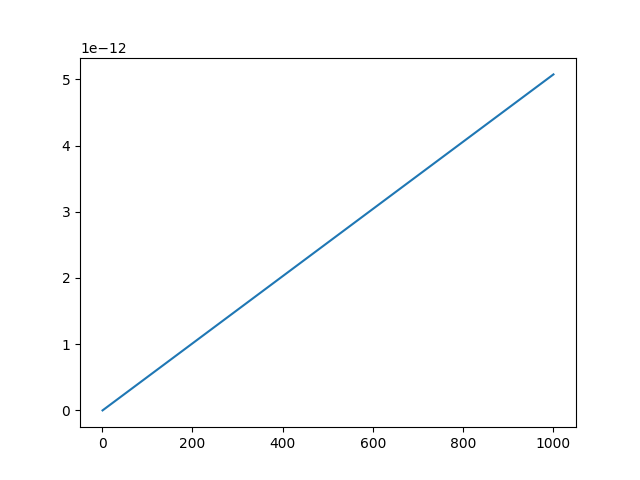
Repository: MichaelCullen2011/QuantumAndNeutrinos
Script's output: python neutrinos.py
These files come from the project's save history. The script's output is drawn as it stood at one moment and after the next save; the edit follows.
Random numbers start from a fixed seed.

Above is the script's output before, as saved 2021-06-02 10:26:10.

### neutrinos.py
import numpy as np
import matplotlib.pyplot as plt


'''
To Do       -   Add graphing for a range of energies for each neutrino cs reaction
'''


'''
Variables and Constants
'''
# Variables
delta_m_sq = 'Mass difference squared between two flavour states'
delta_m_e_mu_sq = 7.53e-5      # eV**2
delta_m_tau_mu_sq = 2.44e-3    # eV**2  # can be +ve or -ve
delta_m_tau_e_sq = 2.44e-3     # eV**2  # can be +ve or -ve
delta_m_mu_e_sq = delta_m_e_mu_sq      # eV**2
delta_m_mu_tau_sq = delta_m_tau_mu_sq    # can be +ve or -ve
delta_m_e_tau_sq = delta_m_tau_e_sq     # eV**2

sin_sq_theta_e_tau = 0.093
sin_sq_theta_e_mu = 0.846
sin_sq_theta_mu_tau = 0.92      # actually > 0.92 but it varies on atmospheric values
sin_sq_theta_mu_e = sin_sq_theta_e_mu
sin_sq_theta_tau_e = sin_sq_theta_e_tau
sin_sq_theta_tau_mu = sin_sq_theta_mu_tau


m_out = 10       # reactant mass out (electrons, muons etc)
m_in = 1000        # reactant mass in (electrons, muons etc)
E_v = 100     # Neutrino energy
L = 10       # distance oscillating (for oscillation)
E = E_v     # Neutrino beam energy
d = 10       # distance travelled (for decoherence)

G_f = 1.1663787e-5         # GeV-2
sin_sq_theta_w = 0.22290        # Weinberg angle
m_e = 0.511 * 1e-3     # GeV c-2
m_u = 105 * 1e-3       # GeV c-2
sigma_naught = 1.72e-45         # m**2 / GeV


mom_v = 0
# mom_e = m_e + v_e
# mom_u = m_u + v_u
mom_e = np.sqrt((sigma_naught * np.pi) / G_f**2)
mom_u = mom_e * (m_u / m_e)      # assume similar velocities

kinematic_e = (mom_v + mom_e)**2
kinematic_u = (mom_v + mom_u)**2

kinematic_e = m_e**2 + 2*m_e*E_v
kinematic_u = m_u**2 + 2*m_u*E_v

sigma_naught_e = (G_f**2 * kinematic_e) / np.pi
sigma_naught_u = (G_f**2 * kinematic_u) / np.pi


'''
Oscillation Probabilities   -   p_oscill = (np.sin(2 * theta))**2 * (np.sin((delta_m_sq * L) / (4 * E)))**2
'''


class Oscillations:
    def __init__(self, distance):
        p_e_mu_list = []
        p_e_tau_list = []
        p_e_e_list = []

        p_mu_e_list = []
        p_mu_tau_list = []
        p_mu_mu_list = []

        p_tau_e_list = []
        p_tau_mu_list = []
        p_tau_tau_list = []

        max = 1000      # Number of points
        E = 4      # GeV
        L = distance    # Km
        x_range = np.linspace(0, L / E, max)
        theta_range = np.linspace(0, 2 * np.pi, max)
        n = 0
        for x in x_range:
            n += 1
            print("Calculated Probability {} of {}".format(n, max))
            p_e_mu_list.append(Oscillations.prob(self, flavours='e_mu', x=x))
            p_e_tau_list.append(Oscillations.prob(self, flavours='e_tau', x=x))
            p_e_e_list.append(
                (1 - (Oscillations.prob(self, flavours='e_mu', x=x)) * (1 - Oscillations.prob(self, flavours='e_tau', x=x))))

            p_mu_e_list.append(Oscillations.prob(self, flavours='mu_e', x=x))
            p_mu_tau_list.append(Oscillations.prob(self, flavours='mu_tau', x=x))
            p_mu_mu_list.append(
                (1 - Oscillations.prob(self, flavours='mu_e', x=x)) * (1 - Oscillations.prob(self, flavours='mu_tau', x=x)))

            p_tau_e_list.append(Oscillations.prob(self, flavours='tau_e', x=x))
            p_tau_mu_list.append(Oscillations.prob(self, flavours='tau_mu', x=x))
            p_tau_tau_list.append(
                (1 - (Oscillations.prob(self, flavours='tau_e', x=x)) * (1 - Oscillations.prob(self, flavours='tau_mu', x=x))))

        prob_e = [p_e_e_list, p_e_mu_list, p_e_tau_list]
        prob_mu = [p_mu_mu_list, p_mu_e_list, p_mu_tau_list]
        prob_tau = [p_tau_tau_list, p_tau_e_list, p_tau_mu_list]

        prob_neut = [prob_e, prob_mu, prob_tau]

        fig, axs = plt.subplots(3)
        fig.suptitle('Neutrino Oscillations')
        n = 0
        for initial in prob_neut:
            if n == 0:
                for p in initial:
                    axs[n].plot(x_range, p)
                    axs[n].legend(['e to e', 'e to mu', 'e to tau'], loc=1)
            if n == 1:
                for p in initial:
                    axs[n].plot(x_range, p)
                    axs[n].legend(['mu to mu', 'mu to e', 'mu to tau'], loc=1)
            if n == 2:
                for p in initial:
                    axs[n].plot(x_range, p)
                    axs[n].legend(['tau to tau', 'tau to e', 'tau to mu'], loc=1)
            n += 1

    def prob(self, flavours, x):
        if flavours == 'e_mu':
            prob = sin_sq_theta_e_mu * np.square(np.sin(1.27 * delta_m_e_mu_sq * x / 4))
        elif flavours == 'e_tau':
            prob = sin_sq_theta_e_tau * np.square(np.sin(1.27 * delta_m_e_tau_sq * x / 4))
        elif flavours == 'mu_e':
            prob = sin_sq_theta_e_mu * np.square(np.sin(1.27 * delta_m_mu_e_sq * x / 4))
        elif flavours == 'mu_tau':
            prob = sin_sq_theta_mu_tau * np.square(np.sin(1.27 * delta_m_mu_tau_sq * x / 4))
        elif flavours == 'tau_e':
            prob = sin_sq_theta_tau_e * np.square(np.sin(1.27 * delta_m_tau_e_sq * x / 4))
        elif flavours == 'tau_mu':
            prob = sin_sq_theta_tau_mu * np.square(np.sin(1.27 * delta_m_tau_mu_sq * x / 4))
        return prob


'''
Cross Sections
'''


class CrossSections:
    def __init__(self, energy, lepton):
        E_v = energy
        sigma_naught = 1.72e-45

        s_e = sigma_naught * np.pi / G_f**2
        s_u = s_e * (m_u / m_e)

        sigma_naught_e = (2 * m_e * G_f**2 * E_v) / np.pi
        sigma_naught_u = (2 * m_u * G_f**2 * E_v) / np.pi

        print("HERE ", sigma_naught_e, sigma_naught_u)
        if lepton == 'e':
            sigma_naught = sigma_naught_e
            self.cs_without_ms = {'e_e': [], 'E_E': [], 'E_U': [], 'u_e': [], 'u_u': [], 'U_U': []}
            self.cs_with_ms = {'e_e': [], 'E_E': [], 'E_U': [], 'u_e': [], 'u_u': [], 'U_U': []}

        elif lepton == 'u':
            sigma_naught = sigma_naught_u
            self.cs_without_ms = {'e_e': [], 'E_E': [], 'U_E': [], 'e_u': [], 'u_u': [], 'U_U': []}
            self.cs_with_ms = {'e_e': [], 'E_E': [], 'U_E': [], 'e_u': [], 'u_u': [], 'U_U': []}

        for flavour in self.cs_without_ms.keys():
            cs = CrossSections.neutrino_and_electron(self, flavour=flavour) * energy * sigma_naught
            self.cs_without_ms[flavour].append(cs)
            self.cs_with_ms[flavour].append(
                cs * energy * sigma_naught *
                CrossSections.mass_suppression(
                    self, flavour, energy=energy, reaction_lepton=lepton
                )
            )
        print("CS without mass suppression, \n", self.cs_without_ms)
        print("CS with mass suppression, \n", self.cs_with_ms)

    def neutrino_and_electron(self, flavour):
        if flavour == 'e_e':
            cs = 0.25 + sin_sq_theta_w + (4 / 3) * np.square(sin_sq_theta_w)
        elif flavour == 'E_E':
            cs = (1 / 12) + 1 / 3 * (sin_sq_theta_w + 4 / 3 * np.square(sin_sq_theta_w))
        elif flavour == 'E_U' or flavour == 'U_E':
            cs = 1 / 3
        elif flavour == 'u_e' or flavour == 'e_u':
            cs = 1
        elif flavour == 'u_u':
            cs = 1 / 4 - sin_sq_theta_w + 4 / 3 * np.square(sin_sq_theta_w)
        elif flavour == 'U_U':
            cs = 1 / 12 - 1 / 3 * sin_sq_theta_w + 4 / 3 * np.square(sin_sq_theta_w)
        return cs

    def mass_suppression(self, flavour, energy, reaction_lepton='e'):
        m_E = m_e
        m_U = m_u
        if reaction_lepton == 'e':
            m_in = m_e
        elif reaction_lepton == 'u':
            m_in = m_u

        if flavour == 'e_e':
            zeta = 1 - ((m_e ** 2) / (m_in ** 2 + 2 * m_in * energy))
        elif flavour == 'E_E':
            zeta = 1 - ((m_e ** 2) / (m_in ** 2 + 2 * m_in * energy))
        elif flavour == 'E_U':
            zeta = 1 - ((m_u ** 2) / (m_in ** 2 + 2 * m_in * energy))
        elif flavour == 'u_e':
            zeta = 1 - ((m_u ** 2) / (m_in ** 2 + 2 * m_in * energy))
        elif flavour == 'u_u':
            zeta = 1 - ((m_e ** 2) / (m_in ** 2 + 2 * m_in * energy))
        elif flavour == 'U_U':
            zeta = 1 - ((m_e ** 2) / (m_in ** 2 + 2 * m_in * energy))
        # neutrino-muon specific reactions
        elif flavour == 'U_E':
            zeta = 1 - ((m_e ** 2) / (m_in ** 2 + 2 * m_in * energy))
        elif flavour == 'e_u':
            zeta = 1 - ((m_e ** 2) / (m_in ** 2 + 2 * m_in * energy))
        return zeta




def combine_cs(e_class, u_class):
    all_cs = {'e_e': [], 'e_u': [], 'u_u': [], 'u_e': [], 'E_E': [], 'E_U': [], 'U_U': [], 'U_E': []}

    for all_reaction in all_cs.keys():
        for e_reaction, e_value in e_class.cs_without_ms.items():
            if e_reaction == all_reaction:
                all_cs[all_reaction].append(e_value[0])
        for u_reaction, u_value in u_class.cs_without_ms.items():
            if u_reaction == all_reaction:
                all_cs[all_reaction].append(u_value[0])

    for all_reaction, all_values in all_cs.items():
        if len(all_values) > 1:
            all_cs[all_reaction] = [(all_values[0] + all_values[1]) / 2]

    return all_cs

    print("COMBINED CS: \n", all_cs)


def gate_cs(all_cs):
    # creates our final dict with the probabilities for all gate interactions
    single_reactions = ['e_e', 'e_u', 'u_u', 'u_e']
    single_reactions_anti = ['E_E', 'E_U', 'U_U', 'U_E']
    whole_reaction = []
    for first_reaction in single_reactions:
        for second_reaction in single_reactions:
            whole_reaction.append(first_reaction[0] + second_reaction[0] + '_' + first_reaction[2] + second_reaction[2])
    for first_reaction in single_reactions_anti:
        for second_reaction in single_reactions_anti:
            whole_reaction.append(first_reaction[0] + second_reaction[0] + '_' + first_reaction[2] + second_reaction[2])
    gate_reactions = {whole_keys: [] for whole_keys in whole_reaction}


    # reaction 1 is reaction_combined[0] + '_' + reaction_combined[3]
    # reaction 2 in reaction_combined[1] + '_' + reaction_combined[4]
    for reaction_combined in gate_reactions.keys():
        first_reaction = reaction_combined[0] + '_' + reaction_combined[3]
        second_reaction = reaction_combined[1] + '_' + reaction_combined[4]
        gate_reactions[reaction_combined] = [all_cs[first_reaction][0] * all_cs[second_reaction][0]]

    for key, value in gate_reactions.items():
        print(f"{key}: {value}")
    return gate_reactions


def plot_energies(energy_reactions):

    plt.plot(energy_reactions.keys(), energy_reactions.values(), '-')
    return energy_reactions

'''
Wave Functions (for plotting)
'''


class WaveFunctions:
    def __init__(self, accuracy):
        phi = np.linspace(0, np.pi, accuracy)
        theta = np.linspace(0, 2 * np.pi, 20)
        prob_at_detector = {'e_e': [], 'e_mu': [], 'e_tau': [],
                            'mu_mu': [], 'mu_e': [], 'mu_tau': [],
                            'tau_tau': [], 'tau_e': [], 'tau_mu': []}
        flavour_list = ['e_e', 'e_mu', 'e_tau', 'mu_mu', 'mu_e', 'mu_tau', 'tau_tau', 'tau_e', 'tau_mu']
        detector_1 = {'e_e': [], 'e_mu': [], 'e_tau': [],
                      'mu_mu': [], 'mu_e': [], 'mu_tau': [],
                      'tau_tau': [], 'tau_e': [], 'tau_mu': []}
        detector_2 = {'e_e': [], 'e_mu': [], 'e_tau': [],
                      'mu_mu': [], 'mu_e': [], 'mu_tau': [],
                      'tau_tau': [], 'tau_e': [], 'tau_mu': []}

        for flavour_change in flavour_list:
            for phi_value in phi:
                prob_at_detector[flavour_change].append(WaveFunctions.prob(self, flavour=flavour_change, phi=phi_value))

            for tuple in prob_at_detector[flavour_change]:
                detector_1[flavour_change].append(tuple[0])
                detector_2[flavour_change].append(tuple[0])

        fig1 = plt.figure()
        fig2 = plt.figure()
        ax1 = fig1.add_subplot(111)
        ax2 = fig2.add_subplot(111)
        ax1.title.set_text('Detector 1 Probabilities')
        ax2.title.set_text('Detector 2 Probabilities')

        ax1.set_xticks(ticks=np.linspace(start=0, stop=2 * np.pi, num=int(accuracy)))
        ax1.set_yticks(ticks=np.linspace(0, 1, num=5))
        ax2.set_xticks(ticks=np.linspace(start=0, stop=2 * np.pi, num=int(accuracy)))
        ax2.set_yticks(ticks=np.linspace(0, 1, num=5))


        for prob_list in detector_1.values():
            #print(prob_list)
            ax1.plot(phi, prob_list, '--', linewidth=1)

        for prob_list in detector_2.values():
            #print(prob_list)
            ax2.plot(phi, prob_list, '--', linewidth=1)

        ax1.legend(flavour_list, loc=1)
        ax2.legend(flavour_list, loc=1)

    def prob(self, flavour, phi):
        order_tau_d_same = 1
        order_tau_d_change = 1 / 3
        if flavour == 'e_e':
            prob_f1 = 1
            prob_f2 = 0
        elif flavour == 'e_mu':
            prob_f1 = 1 - (np.sqrt(sin_sq_theta_e_tau) / 2) * (1 - order_tau_d_change * np.cos(phi))
            prob_f2 = (np.sqrt(sin_sq_theta_e_tau) / 2) * (1 - order_tau_d_change * np.cos(phi))
        elif flavour == 'e_tau':
            prob_f1 = 1 - (np.sqrt(sin_sq_theta_e_tau) / 2) * (1 - order_tau_d_change * np.cos(phi))
            prob_f2 = (np.sqrt(sin_sq_theta_e_tau) / 2) * (1 - order_tau_d_change * np.cos(phi))
        if flavour == 'mu_mu':
            prob_f1 = 1
            prob_f2 = 0
        elif flavour == 'mu_e':
            prob_f1 = 1 - (np.sqrt(sin_sq_theta_e_mu) / 2) * (1 - order_tau_d_change * np.cos(phi))
            prob_f2 = (np.sqrt(sin_sq_theta_e_mu) / 2) * (1 - order_tau_d_change * np.cos(phi))
        elif flavour == 'mu_tau':
            prob_f1 = 1 - (np.sqrt(sin_sq_theta_mu_tau) / 2) * (1 - order_tau_d_change * np.cos(phi))
            prob_f2 = (np.sqrt(sin_sq_theta_mu_tau) / 2) * (1 - order_tau_d_change * np.cos(phi))
        if flavour == 'tau_tau':
            prob_f1 = 1
            prob_f2 = 0
        elif flavour == 'tau_e':
            prob_f1 = 1 - (np.sqrt(sin_sq_theta_tau_e) / 2) * (1 - order_tau_d_change * np.cos(phi))
            prob_f2 = (np.sqrt(sin_sq_theta_tau_e) / 2) * (1 - order_tau_d_change * np.cos(phi))
        elif flavour == 'tau_mu':
            prob_f1 = 1 - (np.sqrt(sin_sq_theta_tau_mu) / 2) * (1 - order_tau_d_change * np.cos(phi))
            prob_f2 = (np.sqrt(sin_sq_theta_tau_mu) / 2) * (1 - order_tau_d_change * np.cos(phi))
        return prob_f1, prob_f2


'''
Running
'''
# Oscillations(distance=1e6)    # Prints oscillation probabilities for flavours given the distance it travels

# WaveFunctions(accuracy=20)      # Currently Broken. Doesnt plot correctly # Accuracy is the number of points within the range

energy_list = np.linspace(1, 1000, 2)       # in GeV
energy_reactions = {keys: [] for keys in energy_list}
gate_energy_reactions = None
for energy in energy_list:
    leptons = {'e': [], 'u': []}
    for lepton in leptons.keys():
        print(f'\n Cross Sections for Reactions with {lepton} at {energy} GeV:')
        leptons[lepton] = CrossSections(energy=energy, lepton=lepton)    # Energy in GeV

    all_cs = combine_cs(leptons['e'], leptons['u'])
    gate_reactions = gate_cs(all_cs)
    if gate_energy_reactions is None:
        gate_energy_reactions = gate_reactions
    else:
        for flavour, value in gate_reactions.items():
            gate_energy_reactions[flavour].append(value)
    print(gate_energy_reactions)
    all_values = [values for values in gate_reactions.values()]
    print(f"Average Prob for {energy} GeV: ", np.average(all_values))
    energy_reactions[energy] = np.average(all_values)

plt.plot(energy_list, energy_reactions.values(), '-')
plt.show()

After the next save:
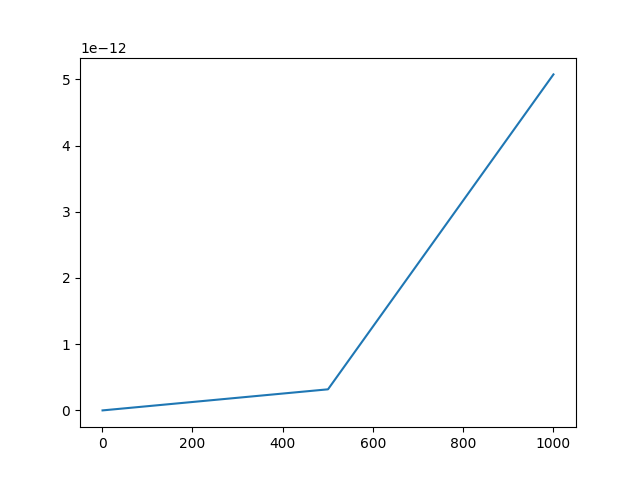
Saved 14 s later.
--- a/neutrinos.py
+++ b/neutrinos.py
@@ -367,7 +367,7 @@ Running
 
 # WaveFunctions(accuracy=20)      # Currently Broken. Doesnt plot correctly # Accuracy is the number of points within the range
 
-energy_list = np.linspace(1, 1000, 2)       # in GeV
+energy_list = np.linspace(1, 1000, 3)       # in GeV
 energy_reactions = {keys: [] for keys in energy_list}
 gate_energy_reactions = None
 for energy in energy_list:
